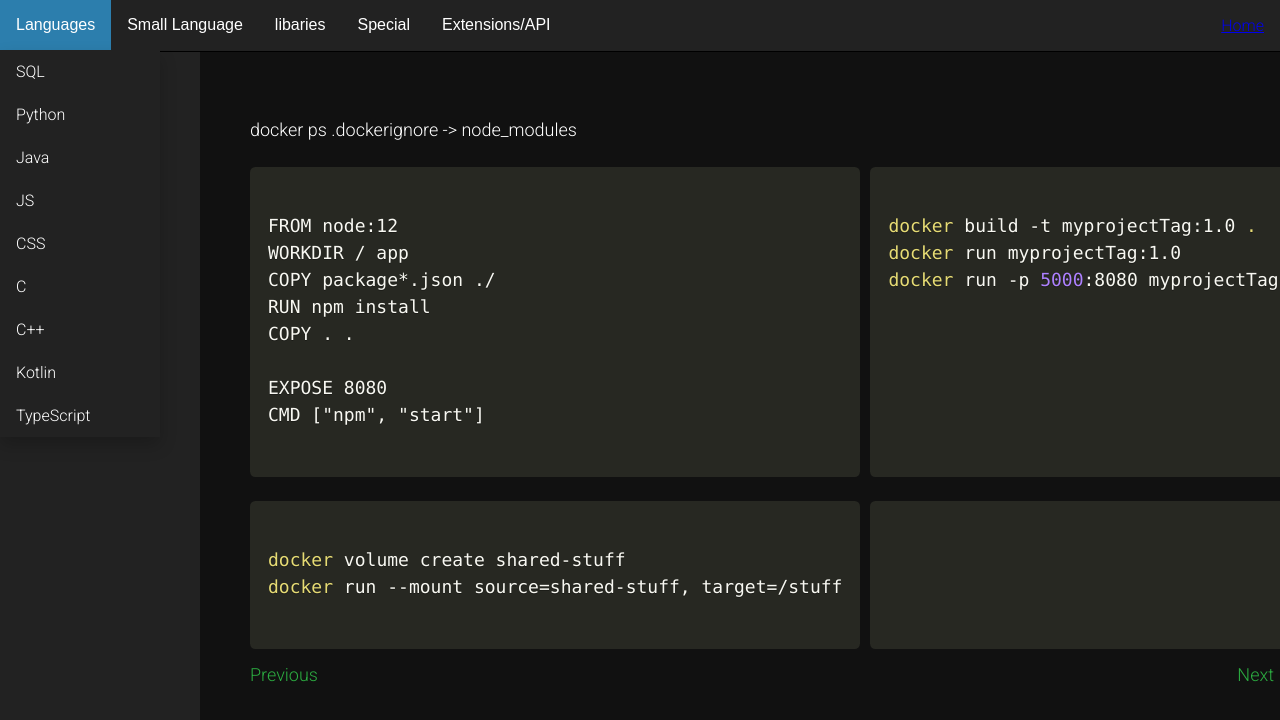
Repository: Max-Rohrhirsch/Max-Rohrhirsch.github.io
Page: documentation/extension/docker.html
These files come from the project's save history. The page is drawn as it stood at one moment and after the next save; the edit follows.
The browser window is 1280 px wide. The pictures show the whole page.

Above is the page before, as saved 2023-10-23 19:25:45.

### documentation/extension/docker.html
<script src="/jquery.js"></script>
<div id="includeHeader"></div>


<!-- ------ SIDE NAVIGATION BAR ----- -->
<div class="sidenav">
    <a href="/documentation/extension/docker.html">Basics</a>
</div>

<!-- ------ MAIN CONTENT ----- -->
<div class="main">
<p>
docker ps
.dockerignore -> node_modules
</p>
<div class="wrapper">
<pre>
    <code class="language-docker">
FROM node:12
WORKDIR / app
COPY package*.json ./
RUN npm install
COPY . .

EXPOSE 8080
CMD ["npm", "start"]
    </code>
</pre>
<pre>
    <code class="language-bash">
docker build -t myprojectTag:1.0 .
docker run myprojectTag:1.0
docker run -p 5000:8080 myprojectTag:1.0
    </code>
</pre>
<pre>
    <code class="language-bash">
docker volume create shared-stuff
docker run --mount source=shared-stuff, target=/stuff
    </code>
</pre>
<pre>
    <code class="language-docker">

    </code>
</pre>
</div>

<div id="includeFooter"></div>

### header.html
<html>
    <head>
        <title>Documentation</title>

        <meta name="viewport" content="width=device-width, initial-scale=1">
        <meta name="description" lang="en" content="Documentation of many things I learned">
        <meta name="keywords" content="HTML, CSS, JavaScript, Coding, max">
        <meta name="author" content="Rohrhirsch Max">

        <link rel="preconnect" href="https://fonts.googleapis.com">
        <link rel="preconnect" href="https://fonts.gstatic.com" crossorigin>
        <link href="https://fonts.googleapis.com/css2?family=Roboto:wght@300&display=swap" rel="stylesheet">
        <link rel="stylesheet" href="https://cdnjs.cloudflare.com/ajax/libs/font-awesome/4.7.0/css/font-awesome.min.css">

        <link rel="icon" type="image/x-icon" href="/Bilder/favicon.ico">

        <link href="/documentation/prism.css" rel="stylesheet" />

        <link rel="stylesheet" href="/documentation/docStyle.css">
        <link rel="icon" type="image/x-icon" href="/Bilder/favicon.ico">
    </head>
    <body>
        <!-- ------ TOP NAVIGATION BAR ----- -->
        <nav class="nav1">
            <div class="dropdown" style="float:left;">
                <button class="dropbtn">Languages</button>
                <div class="dropdown-content" style="left:0;">
                    <a href="/documentation/languages/sql/sql.html">SQL</a>
                    <a href="/documentation/languages/python/python.html">Python</a>
                    <a href="/documentation/languages/java/java.html">Java</a>
                    <a href="/documentation/languages/js.html">JS</a>
                    <a href="/documentation/languages/css.html">CSS</a>
                    <a href="/documentation/languages/c.html">C</a>
                    <a href="/documentation/languages/cpp.html">C++</a>
                    <a href="/documentation/languages/Kotlin.html">Kotlin</a>
                    <a href="/documentation/languages/typescript.html">TypeScript</a>
                </div>
            </div>
            <div class="dropdown" style="float:left;">
                <button class="dropbtn">Small Language</button>
                <div class="dropdown-content" style="left:0;">
                    <a href="/documentation/small/bash.html">Bash</a>
                    <a href="/documentation/small/rust.html">Rust</a>
                    <a href="/documentation/small/go.html">GO</a>
                    <a href="/documentation/small/csharp.html">C#</a>
                    <a href="/documentation/small/brainfuck.html">BrainFuck</a>
                </div>
            </div>
            <div class="dropdown" style="float:left;">
                <button class="dropbtn">libaries</button>
                <div class="dropdown-content" style="left:0;">
                    <a href="/documentation/libaries/socket.html">Socket</a>
                    <a href="/documentation/libaries/tenserflow.html">Tenserflow</a>
                    <a href="/documentation/libaries/regex.html">Regex</a>
                    <a href="/documentation/libaries/angular.html">Angular</a>
                    <a href="/documentation/libaries/Git.html">Git</a>
                </div>
            </div>
            <div class="dropdown" style="float:left;">
                <button class="dropbtn">Special</button>
                <div class="dropdown-content" style="left:0;">
                    <a href="/documentation/special/computer.html">Computer</a>
                    <a href="/documentation/special/linux.html">Linux</a>
                    <a href="/documentation/special/arduino.html">Arduino</a>
                    <a href="/documentation/special/game.html">Game Maker</a>
                    <a href="/documentation/special/unity.html">Unity</a>
                    <a href="/documentation/special/OS/OS.html">OS</a>
                    <a href="/documentation/special/hacking.html">Hacking</a>
                </div>
            </div>
            <div class="dropdown" style="float:left;">
                <button class="dropbtn">Extensions/API</button>
                <div class="dropdown-content" style="left:0;">
                    <a href="/documentation/extension/chrome.html">Chrome Extension</a>
                    <a href="/documentation/extension/discord.html">Discord Bot</a>
                    <a href="/documentation/extension/computercraft.html">Computercraft</a>
                    <a href="/documentation/extension/LaTeX.html">LaTeX</a>
                </div>
            </div>
            <div class="dropdown dropbtn" style="float:right;">
                <a href="https://max-rohrhirsch.github.io/documentation/documentation.html">Home</a>
            </div>
        </nav>

        <!-- ------ SIDE NAVIGATION BAR ----- -->

### footer.html

<a class="pre">Previous</a>
<a class="next">Next</a>
</div>

<div id="modal01" class="modal" onclick="this.style.display='none'">
<span class="close">X</span>
<div class="modal-content">
  <img id="img01" style="max-width:100%">
</div>
</div>


<!-- ------ SCRIPT FOR DROPDOWN ----- -->
<script>
var dropdown = document.getElementsByClassName("dropdown-btn");
var i;

for (i = 0; i < dropdown.length; i++) {
  dropdown[i].addEventListener("click", function() {
    this.classList.toggle("active");
    var dropdownContent = this.nextElementSibling;
    if (dropdownContent.style.display === "block") {
      dropdownContent.style.display = "none";
    } else {
      dropdownContent.style.display = "block";
    }
  });
}
</script>
<script src="/documentation/prism.js"></script>
<script>
function onClick(element) {
    document.getElementById("img01").src = element.src;
    document.getElementById("modal01").style.display = "block";
}
</script>
</body>
</html>

### documentation/prism.css
/* PrismJS 1.29.0
https://prismjs.com/download.html#themes=prism-okaidia&languages=markup+css+clike+javascript+arduino+armasm+bash+brainfuck+c+cpp+cilkc+cilkcpp+go+java+latex+lua+python+rust+sql&plugins=line-numbers+show-language+toolbar+copy-to-clipboard+download-button */
code[class*=language-],pre[class*=language-]{color:#f8f8f2;background:0 0;text-shadow:0 1px rgba(0,0,0,.3);font-family:Consolas,Monaco,'Andale Mono','Ubuntu Mono',monospace;font-size:1em;text-align:left;white-space:pre;word-spacing:normal;word-break:normal;word-wrap:normal;line-height:1.5;-moz-tab-size:4;-o-tab-size:4;tab-size:4;-webkit-hyphens:none;-moz-hyphens:none;-ms-hyphens:none;hyphens:none}pre[class*=language-]{padding:1em;margin:.5em 0;overflow:auto;border-radius:.3em}:not(pre)>code[class*=language-],pre[class*=language-]{background:#272822}:not(pre)>code[class*=language-]{padding:.1em;border-radius:.3em;white-space:normal}.token.cdata,.token.comment,.token.doctype,.token.prolog{color:#8292a2}.token.punctuation{color:#f8f8f2}.token.namespace{opacity:.7}.token.constant,.token.deleted,.token.property,.token.symbol,.token.tag{color:#f92672}.token.boolean,.token.number{color:#ae81ff}.token.attr-name,.token.builtin,.token.char,.token.inserted,.token.selector,.token.string{color:#a6e22e}.language-css .token.string,.style .token.string,.token.entity,.token.operator,.token.url,.token.variable{color:#f8f8f2}.token.atrule,.token.attr-value,.token.class-name,.token.function{color:#e6db74}.token.keyword{color:#66d9ef}.token.important,.token.regex{color:#fd971f}.token.bold,.token.important{font-weight:700}.token.italic{font-style:italic}.token.entity{cursor:help}
pre[class*=language-].line-numbers{position:relative;padding-left:3.8em;counter-reset:linenumber}pre[class*=language-].line-numbers>code{position:relative;white-space:inherit}.line-numbers .line-numbers-rows{position:absolute;pointer-events:none;top:0;font-size:100%;left:-3.8em;width:3em;letter-spacing:-1px;border-right:1px solid #999;-webkit-user-select:none;-moz-user-select:none;-ms-user-select:none;user-select:none}.line-numbers-rows>span{display:block;counter-increment:linenumber}.line-numbers-rows>span:before{content:counter(linenumber);color:#999;display:block;padding-right:.8em;text-align:right}
div.code-toolbar{position:relative}div.code-toolbar>.toolbar{position:absolute;z-index:10;top:.3em;right:.2em;transition:opacity .3s ease-in-out;opacity:0}div.code-toolbar:hover>.toolbar{opacity:1}div.code-toolbar:focus-within>.toolbar{opacity:1}div.code-toolbar>.toolbar>.toolbar-item{display:inline-block}div.code-toolbar>.toolbar>.toolbar-item>a{cursor:pointer}div.code-toolbar>.toolbar>.toolbar-item>button{background:0 0;border:0;color:inherit;font:inherit;line-height:normal;overflow:visible;padding:0;-webkit-user-select:none;-moz-user-select:none;-ms-user-select:none}div.code-toolbar>.toolbar>.toolbar-item>a,div.code-toolbar>.toolbar>.toolbar-item>button,div.code-toolbar>.toolbar>.toolbar-item>span{color:#bbb;font-size:.8em;padding:0 .5em;background:#f5f2f0;background:rgba(224,224,224,.2);box-shadow:0 2px 0 0 rgba(0,0,0,.2);border-radius:.5em}div.code-toolbar>.toolbar>.toolbar-item>a:focus,div.code-toolbar>.toolbar>.toolbar-item>a:hover,div.code-toolbar>.toolbar>.toolbar-item>button:focus,div.code-toolbar>.toolbar>.toolbar-item>button:hover,div.code-toolbar>.toolbar>.toolbar-item>span:focus,div.code-toolbar>.toolbar>.toolbar-item>span:hover{color:inherit;text-decoration:none}

### documentation/docStyle.css
:root {
    --main-special-color: #ee622a;
    --main-bg-color: #111;
    transition: 3s;
    scroll-behavior: smooth;
}

body {
    background-color: var(--main-bg-color);
    color: white;
    font-family: 'Roboto', sans-serif;
    margin: 0;
    min-height: max-content;
}


/* ----------------------------- MAIN STUFF --------------------------------------- */
red { color: red }
orange { color: orange }
green { color: green }

.nav1 {
    position: fixed;
    background-color: #222;
    border-bottom: 1px solid black;
    width: 100%;

    z-index: 2;
}

/* ---- DROPDOWN ---- */

.dropbtn {
    background-color: #222;
    color: white;

    padding: 16px;
    font-size: 16px;
    border: none;
    cursor: pointer;
  }

  .dropdown {
    position: relative;
    display: inline-block;
  }

  .dropdown-content {
    display: none;
    position: absolute;
    right: 0;

    background-color: #222;
    min-width: 160px;
    box-shadow: 0px 8px 16px 0px rgba(0,0,0,0.2);
  }

  .dropdown-content a {
    color: White;
    padding: 12px 16px;
    text-decoration: none;
    display: block;
  }

  .dropdown-content a:hover { background-color: #333 }
  .dropdown:hover .dropdown-content { display: block }
  .dropdown:hover .dropbtn { background-color: #2c7ead }


/* ------------ Site Navigation ----------- */

.sidenav {
    height: 100%;
    width: 200px;

    position: fixed;
    top: 51px;
    left: 0;

    background-color: #222;
    overflow-x: hidden;
    z-index: 1;
  }

  .sidenav a, .dropdown-btn {
    padding: 6px 8px 6px 16px;

    text-decoration: none;
    font-size: 20px;
    color: white;

    display: block;
    border: none;
    background: none;

    width: 100%;
    text-align: left;
    cursor: pointer;
    outline: none;
  }

  .sidenav a:hover, .dropdown-btn:hover { background-color: #2c7ead }

  .active {
    background-color: green;
    color: white;
  }

  .dropdown-container {
    display: none;
    background-color: #333;
  }

  .fa-caret-down {
    float: right;
    padding-right: 8px;
  }

  @media screen and (max-height: 450px) {
    .sidenav { padding-top: 15px }
    .sidenav a { font-size: 18px }
  }


/* ------------ Main ----------- */
.main {
    display: block;
    position:absolute;
    top: 51px;
    left: 200px;

    padding: 50px;
    font-size: 18px;

    min-height: 100%;
    width: 80vw;
}

.main h2 {
    font-size: 20px;
    color: #ee622a;
}

.main a {
    color: rgb(44, 172, 65);
    margin-bottom: 20px;
    display: block;
}

img {
    display: block;
    margin-top: 20px;
}
img:hover {
    cursor: pointer;
}



/* ------------ CODE ----------- */

out {
    display: block;
    width: calc(100% - 40px);
    background-color: #333;

    padding: 20px;
    margin-top: 15px;
    border-radius: 10px;
}

.wrapper {
    display: grid;
    font-size: 18px;
    grid-template-columns: repeat(3, 1fr);
    gap: 10px;
}

.wrapper pre {
    height: calc(100% - 50px);
}

.half {
    display: grid;
    grid-template-columns: repeat(2, 1fr);
    gap: 10px;
}
.half pre {
    height: calc(100% - 50px);
}

/* ------------ Table ----------- */

table {
    width: calc(100% );
    border: 1px solid #777;
    margin-top: 50px;
    border-collapse:collapse;
}

th {
    border: 1px solid #777;
    background-color: #333;
    padding: 10px;

}

td {
    border: 1px solid #777;
    padding: 5px;
    height: 40px;
}


/* ------------ Buttons ----------- */

.pre, .next {
    display: inline-block;
    margin-top: 10px;
}
.pre:hover, .next:hover { cursor: pointer }

.pre { float: left }
.next { float: right }





/* ------------ Image ----------- */
.modal {
    z-index:2;
    display:none;
    padding-top:10px;
    position:fixed;
    left:0;
    top:0;
    width:100%;
    height:100%;
    overflow:auto;
    background-color:rgb(0,0,0);
    background-color:rgba(0,0,0,0.8)
}

.modal-content {
    margin: auto;
    display: block;
    position: absolute;
    top: 50%;
    left: 50%;
    transform: translate(-50%, -50%);
}


.modal-hover-opacity {
    opacity:1;
    filter:alpha(opacity=100);
}

.modal-hover-opacity:hover {
    opacity:0.60;
    filter:alpha(opacity=60);
}


.close {
    text-decoration:none;

    position: fixed;
    right:20px;
    top: 20px;

    font-size:24px;
    font-weight:bold;
    color:white;
    cursor: pointer;
}

img {
    width: 500px;
    display: block;
}

.modal-content, #caption {
    -webkit-animation-name: zoom;
    -webkit-animation-duration: 0.6s;
    animation-name: zoom;
    animation-duration: 0.6s;
}

@keyframes zoom {
    from {transform:scale(0)}
    to {transform:scale(1)}
}

@media only screen and (max-width: 1300px) {
    .wrapper {
        grid-template-columns: repeat(2, 1fr);
    }
    .half {
        grid-template-columns: repeat(1, 1fr);
    }

}
@media only screen and (max-width: 1000px) {
    .wrapper {
        grid-template-columns: repeat(1, 1fr);
    }
}

Loaded but not shown: jquery.js (library); documentation/prism.js (library)

After the next save:
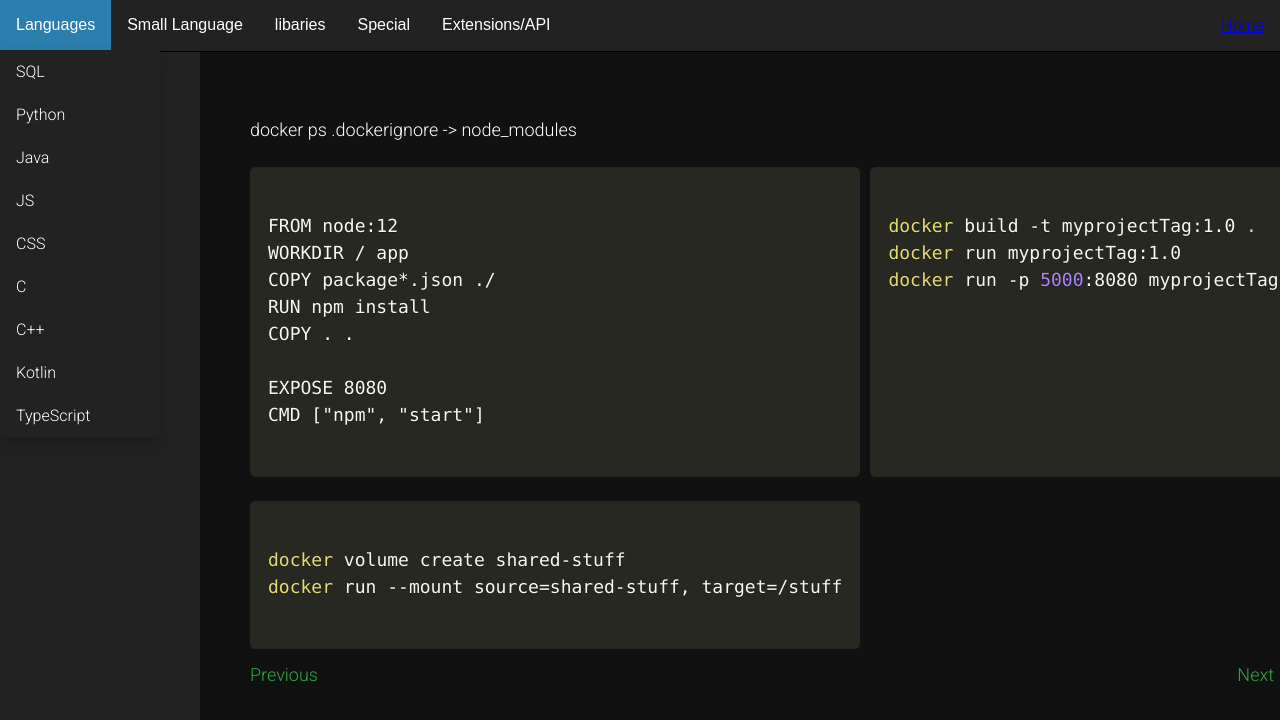
Saved 51 s later.
--- a/documentation/extension/docker.html
+++ b/documentation/extension/docker.html
@@ -39,11 +39,6 @@ docker volume create shared-stuff
 docker run --mount source=shared-stuff, target=/stuff
     </code>
 </pre>
-<pre>
-    <code class="language-docker">
-
-    </code>
-</pre>
 </div>
 
 <div id="includeFooter"></div>
